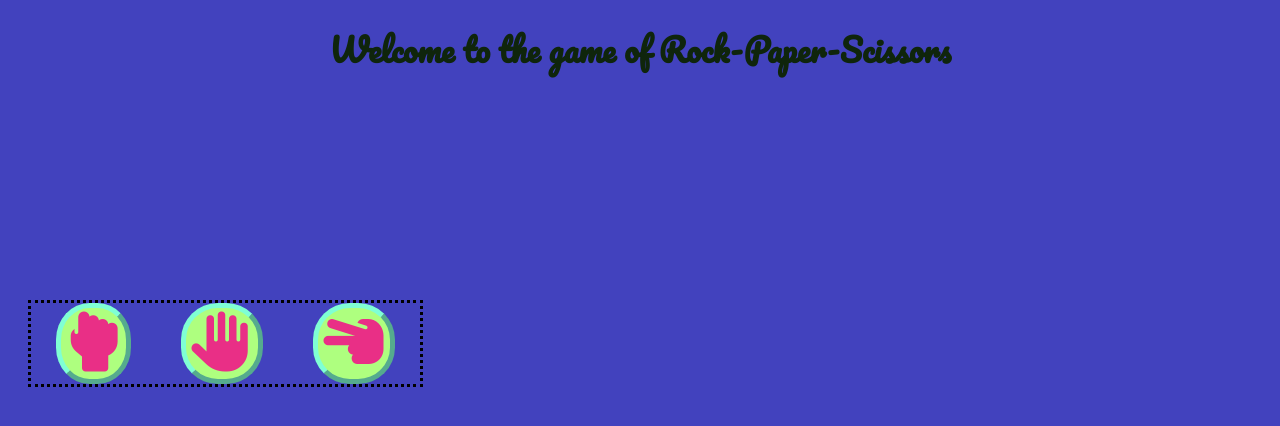
Repository: 0101chaitanya/Rock-Paper-Scissors
Page: index.html
The author's editor kept a copy of each file at every save. The page is drawn from the files as they stood at one save, then again after the next save.
The browser window is 1280 px wide. The pictures show the whole page.
Some web libraries are served in a nearby version.

Above is the page before, as saved 2021-05-14 19:10:54.
Not found: linkk.js

### index.html
<!DOCTYPE html>
<html>

<head>
    <meta charset="utf-8">
    <title>Rock-Paper-Scissors</title>
    <link rel="stylesheet" href="style.css">
    <script src="https://kit.fontawesome.com/3dcaf9f6de.js" crossorigin="anonymous"></script>
    <link rel="preconnect" href="https://fonts.gstatic.com">
    <link href="https://fonts.googleapis.com/css2?family=Pacifico&display=swap" rel="stylesheet">
</head>

<body>
    <h1 id="welcome">Welcome to the game of Rock-Paper-Scissors</h1>
    <div id="hold">
        <button class="square" id="holder1" href="#"><i class="fas fa-hand-rock"></i></button>

        <button class="square" id="holder2" href="#"><i class="fas fa-hand-paper"></i></button>

        <button class="square" id="holder3" href="#"><i class="fas fa-hand-scissors"></i></button>
    </div>
    <script type="text/javascript" src="linkk.js"></script>
</body>

</html>

### style.css
html{
    margin: 0;
    font-family: 'Pacifico', cursive;
    background-color:rgb(66, 66, 190);
display: block;
}
h1  {
       text-align: center;
     color:rgb(15, 37, 12) ;
    }
 #hold {
border-style:dotted;
display: flex;
flex-direction: row;
justify-content:center;
position: fixed;
top: 300px;
align-content: center;
margin-left: 20px;
margin-right: auto;




    }
.square{
    background-color: rgb(174, 255, 127);
    font-size: 60px;
    display: inline-block;
color: rgb(233, 47, 134);
border-radius: 45%;
border-width: 5px;
border-color:aquamarine;
margin:auto 25px;
}
#holder1 {
}
#holder2 {
}
#holder3 {
}

After the next save:
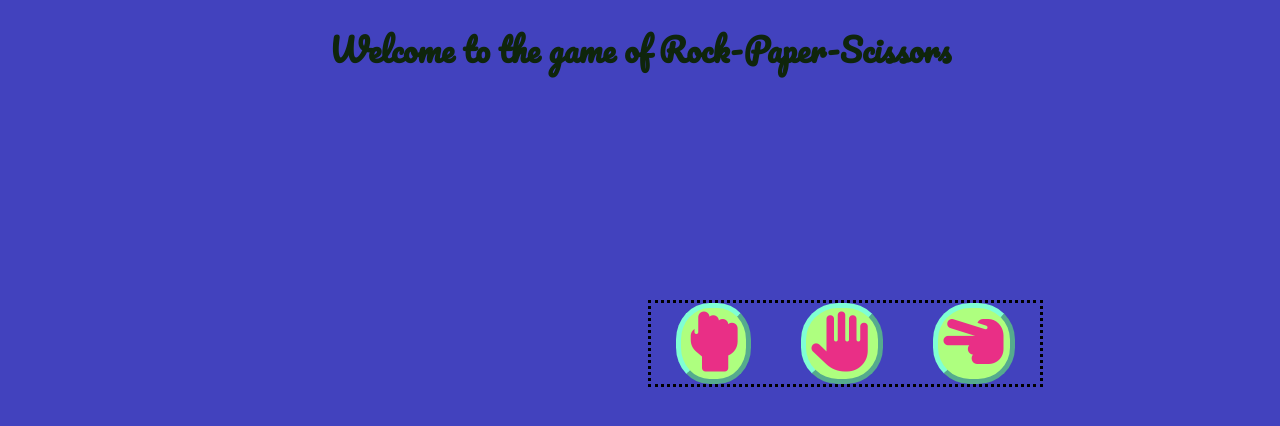
Saved 5 s later.
--- a/style.css
+++ b/style.css
@@ -16,7 +16,7 @@ justify-content:center;
 position: fixed;
 top: 300px;
 align-content: center;
-margin-left: 20px;
+margin-left: 50%;
 margin-right: auto;
 
 
